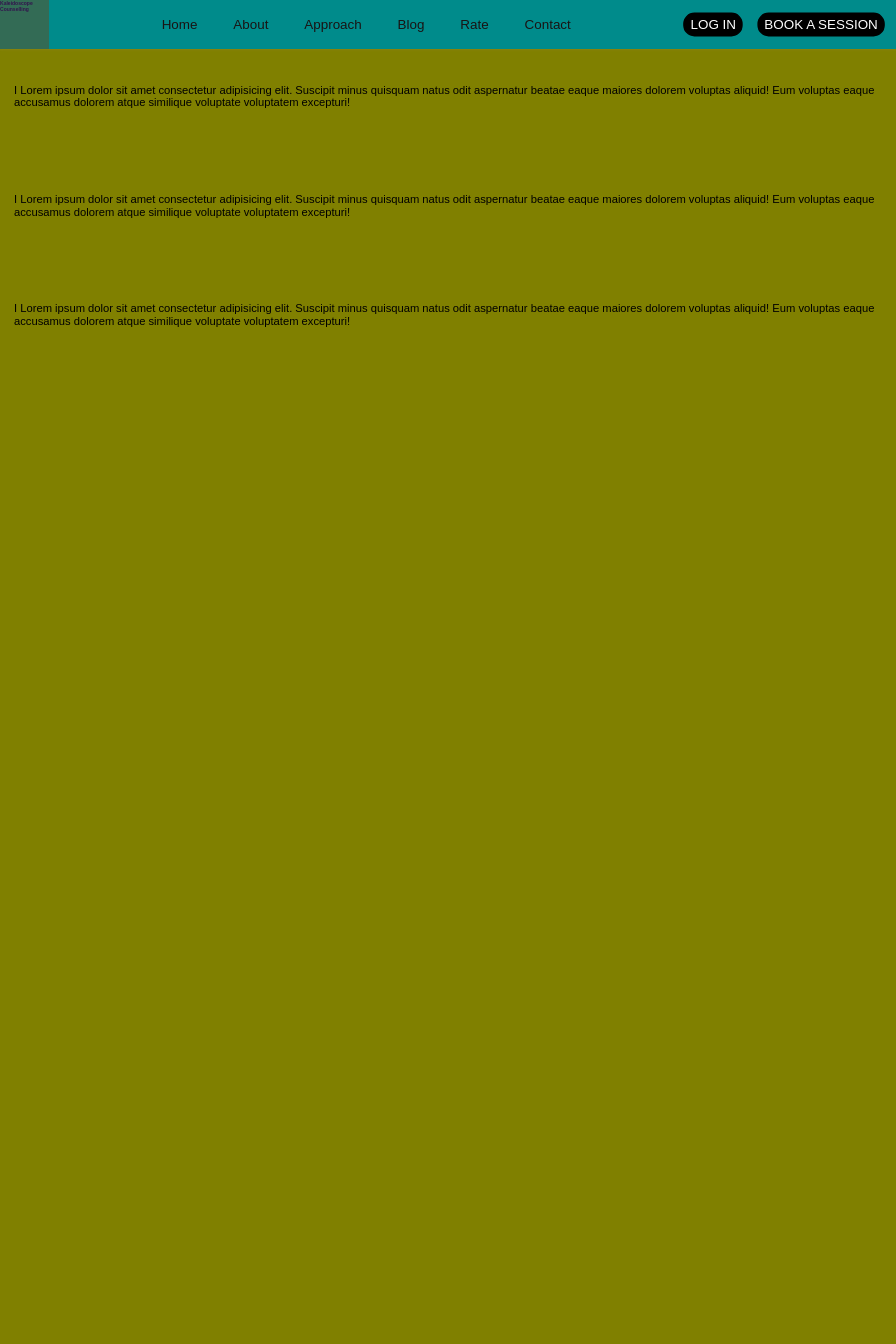
Repository: voutadi/ava-website
Page: index.html
An editor plug-in stored every save of this project. The page is shown before and after a run of saves, followed by the edit.
The browser window is 1280 px wide. The pictures show the part of the page from y = 0 to 1920 px (the page is 3120 px tall), at 70% of full size.

Above is the page before, as saved 2024-11-24 21:38:45.

### index.html
<!DOCTYPE html>
<html lang="en">
  <head>
    <meta charset="UTF-8" />
    <meta name="viewport" content="width=device-width, initial-scale=1.0" />
    <link rel="stylesheet" href="styles/style.css" />

    <title>Kaleidoscope Counselling</title>
  </head>
  <body>
    <div class="header">
      <div class="logo-container">
        <div class="logo">
          Kaleidoscope <br />
          Counselling
        </div>
      </div>
      <div class="navbar">
        <ul>
          <li><a href="#home">Home</a></li>
          <li>
            <a
              href="https://www.psychologytoday.com/ca/therapists/ava-outadi-port-moody-bc/1111563" target="_blank"
              >About</a
            >
          </li>
          <li><a href="#approach">Approach</a></li>
          <li><a href="#blog">Blog</a></li>
          <li><a href="#rate">Rate</a></li>
          <li><a href="#contact">Contact</a></li>
        </ul>
      </div>
      <div class="appointment">
        <button class="log in">
          LOG IN
        </button>
        <button>BOOK A SESSION</button>

      </div>

    </div>

    <p>
      I Lorem ipsum dolor sit amet consectetur adipisicing elit. Suscipit minus
      quisquam natus odit aspernatur beatae eaque maiores dolorem voluptas
      aliquid! Eum voluptas eaque accusamus dolorem atque similique voluptate
      voluptatem excepturi!
    </p>
    <p>
      I Lorem ipsum dolor sit amet consectetur adipisicing elit. Suscipit minus
      quisquam natus odit aspernatur beatae eaque maiores dolorem voluptas
      aliquid! Eum voluptas eaque accusamus dolorem atque similique voluptate
      voluptatem excepturi!
    </p>
    <p>
      I Lorem ipsum dolor sit amet consectetur adipisicing elit. Suscipit minus
      quisquam natus odit aspernatur beatae eaque maiores dolorem voluptas
      aliquid! Eum voluptas eaque accusamus dolorem atque similique voluptate
      voluptatem excepturi!
    </p>
  </body>
</html>

### styles/style.css
* {
  margin: 0;
  padding: 0;
  box-sizing: border-box;
}
body {
  background-color: rgb(128,128,0);

  height: 3000px;
  font-family: Arial, Helvetica, sans-serif;
  font-size: 1rem;
}
.header {
  max-width: 100%; /*Make sure Take all of her parent element(body)on all different devices .*/
  height: 70px;
  position: fixed;
  top: 0;
  left: 0;
  right: 0;
  background-color: rgb(0,139,139);

  display: flex;
  justify-content: space-between;
  align-items: center;

  box-shadow: 0 2px 4px rgba(243, 172, 172, 0.15); /* Adds a subtle shadow for depth, optional */
}
.logo-container {
  width: 70px; /* Put condition for smaller or biger divice*/

  background-color: rgb(51, 107, 85);
  height: 70px;
}
.logo {
  color: rgb(50, 21, 77);
  font-size: 0.45rem;
  font-weight: bold;
}

.navbar ul {
  display: flex;
  flex: 1;
  justify-content: center;
  list-style-type: none;
  flex-wrap: wrap;
}
.navbar li {
  display: flex;
  justify-content: end;
  margin: 1rem;
}
.navbar a {
  font-size: 2px;
  color: rgb(25, 20, 20);
  font-weight: 500;

  text-decoration: none;
}
.navbar a:hover {
  background-color: rgb(192, 175, 175);
  padding: 2px 4px;
  border-radius: 6px;
  transition: 0.15s;
}

.navbar a:active {
  background-color: rgb(176, 163, 163);
}


button {
  background-color: black;
  color: rgb(255, 255, 255);
  font-size: 1rem;
  padding: 10px 20px;
  margin-right: 2rem;
  border-width: 2px;
  border-style: solid;

  cursor: pointer;
}
button:hover {
  background-color: white;

  color: black;
  transition: 0.15s;
  padding: 12px 24px;
}
button:active {
  padding: 18px 24px;
}
p {
  margin-top: 120px;
  margin-left: 20px;
}
@media (max-width: 380px) {
  body {
    font-size: 0.35rem;
  }
  /* Smaller font size */
}

button {
  font-size: 0.45rem;
  padding: 2px;
  margin-right: 0.3rem;
}
button:hover {
  font-size: 0.45rem;
  padding: 2px;
}
button:active {
  padding: 3px;
}
.navbar li {
  margin: 0.18rem;
}
.navbar a {
  font-size: 0.5rem;
}

@media (min-width: 381px) and (max-width: 600px) {
  body {
    font-size: 0.5rem;
  } /* Smaller font size */
  button {
    font-size: 0.5rem;
    padding: 2px 4px;
    margin-right: 0.5rem;
    border-radius: 10px;
  }
  button:hover {
    font-size: 0.5rem;
    padding: 2px;
  }
  button:active {
    padding: 3px;
  }
  .navbar li {
    margin: 0.3rem;
  }
  .navbar a {
    font-size: 0.6rem;
  }
}
@media (min-width: 601px) and (max-width: 910px) {
  body {
    font-size: 0.75rem;
  } /* Smaller font size */
  button {
    font-size: 0.75rem;
    padding: 2px 4px;
    margin-right: 0.75rem;
    border-radius: 10px;
  }
  button:hover {
    font-size: 0.75rem;
    padding: 2px;
  }
  button:active {
    padding: 3px;
  }
  .navbar li {
    margin: 0.5rem;
  }
  .navbar a {
    font-size: 0.8rem;
  }
}
@media (min-width: 911px) {
  .navbar a {
    font-size: 1.2rem;
  }
  .navbar li {
    margin: 1.6rem;
  }
  button {
    font-size: 1.2rem;
    font-weight: 600px;

    padding: 4px 8px;
    margin-right: 1rem;
    border-radius: 16px;
  }
  button:hover {
    font-size: 1.4rem;
    padding: 6px 10px;
  }
  button:active {
    padding: 3px;
  }
}

After the next 3 saves:
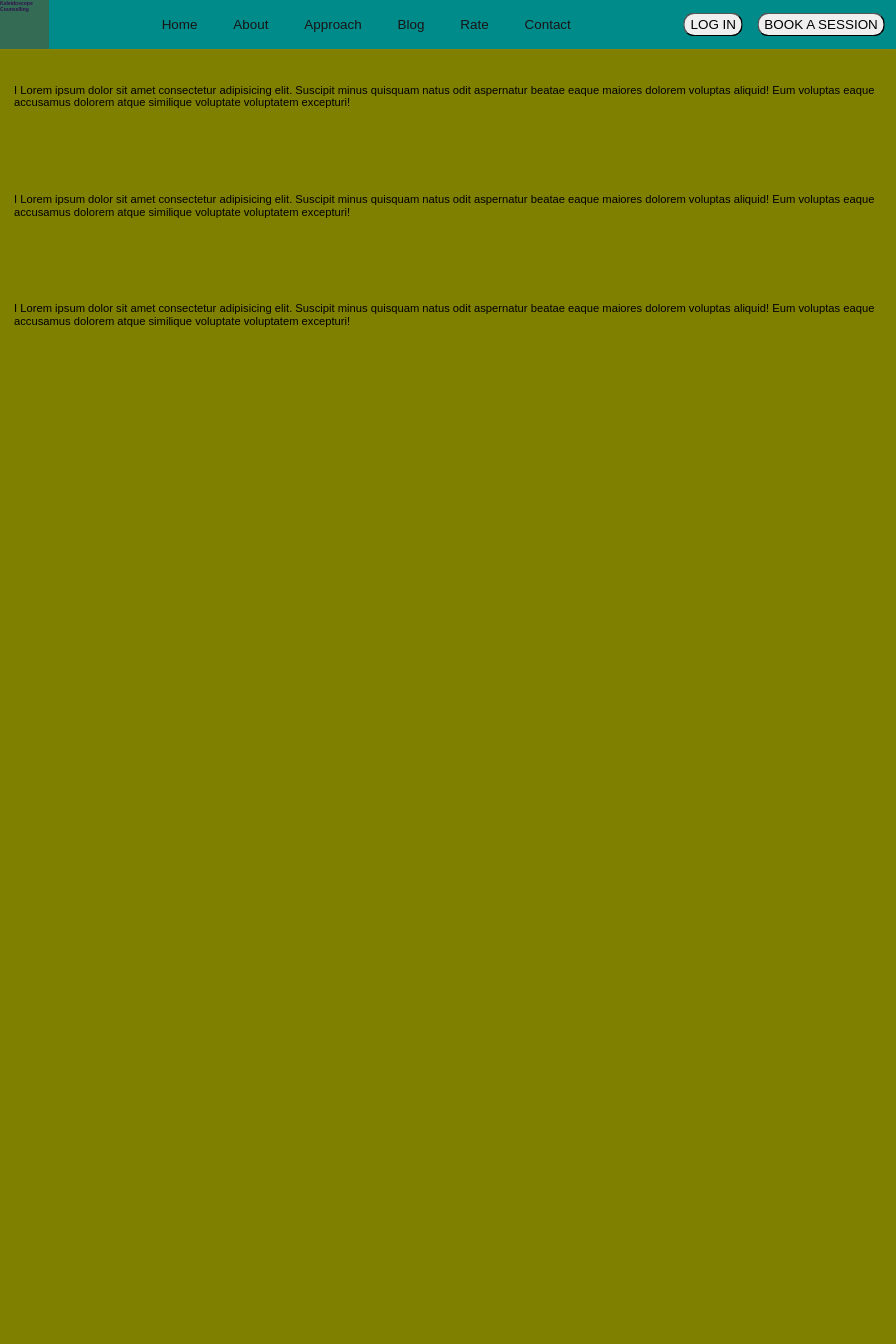
The 3 saves are shown as one change because they came seconds apart.
The last was saved 11 s later.
--- a/styles/style.css
+++ b/styles/style.css
@@ -66,7 +66,7 @@
 .navbar a:active {
   background-color: rgb(176, 163, 163);
 }
-
+.login
 
 button {
   background-color: black;
